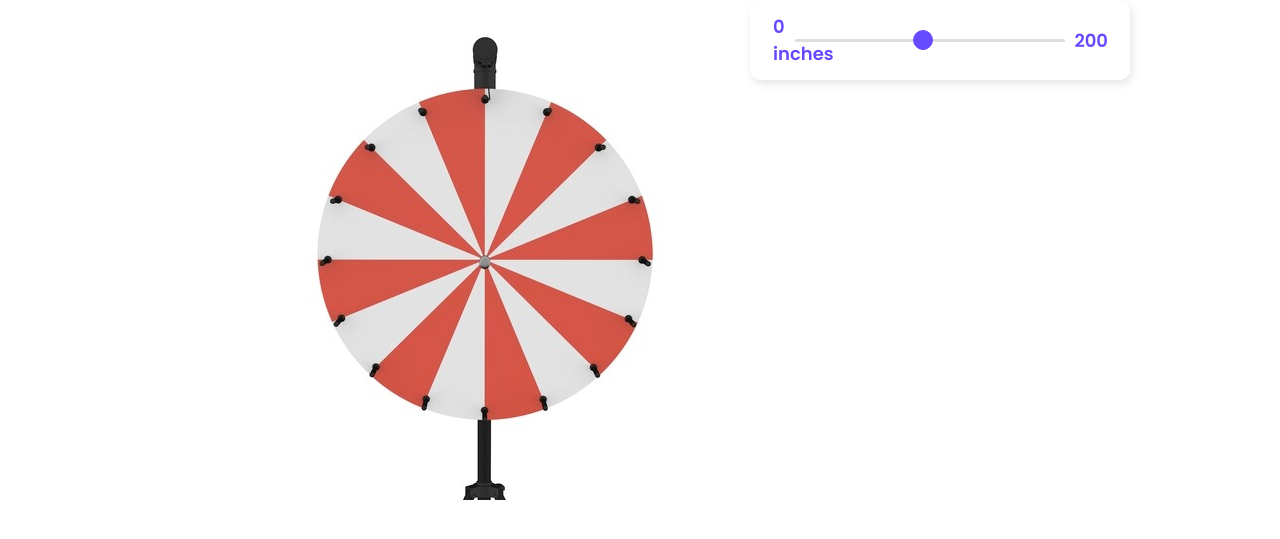
Repository: Awaisp-irfan/fahad-project
Page: text.html
These files come from the project's save history. The page is drawn as it stood at one moment and after the next save; the edit follows.
The browser window is 1280 px wide. The pictures show the whole page.

Above is the page before, as saved 2022-06-30 11:26:50.

After the next save:
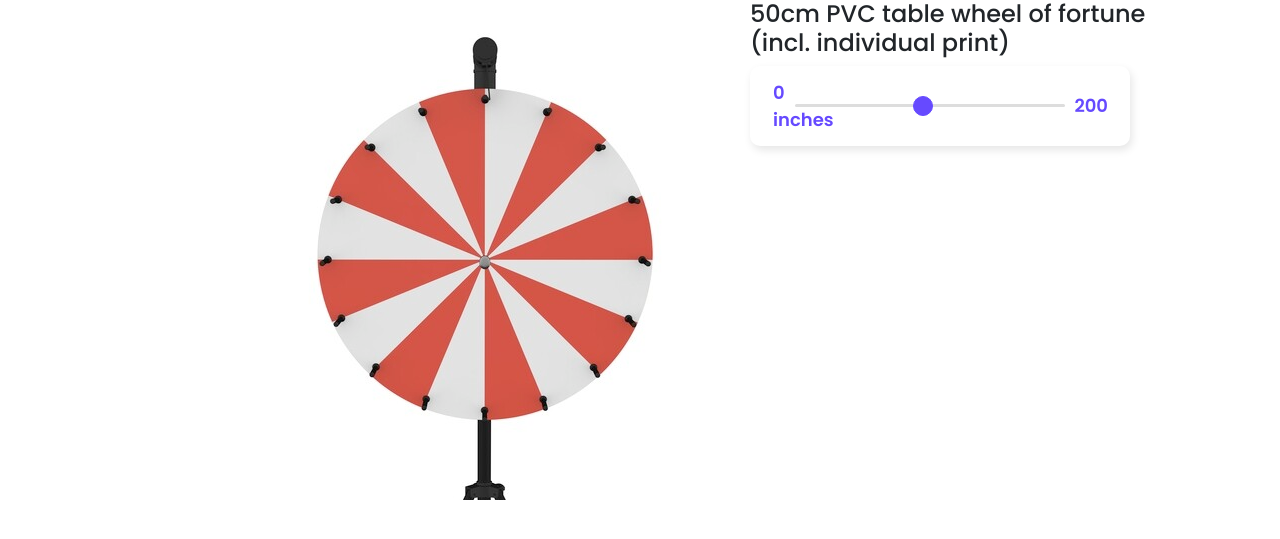
Saved 61 s later.
--- a/text.html
+++ b/text.html
@@ -26,6 +26,11 @@
             </div>
 
             <div class="col-lg-5">
+                <div>
+                    <h4>
+                        50cm PVC table wheel of fortune (incl. individual print)
+                    </h4>
+                </div>
                 <div class="range">
                     <div class="sliderValue">
                       <span>100</span>
